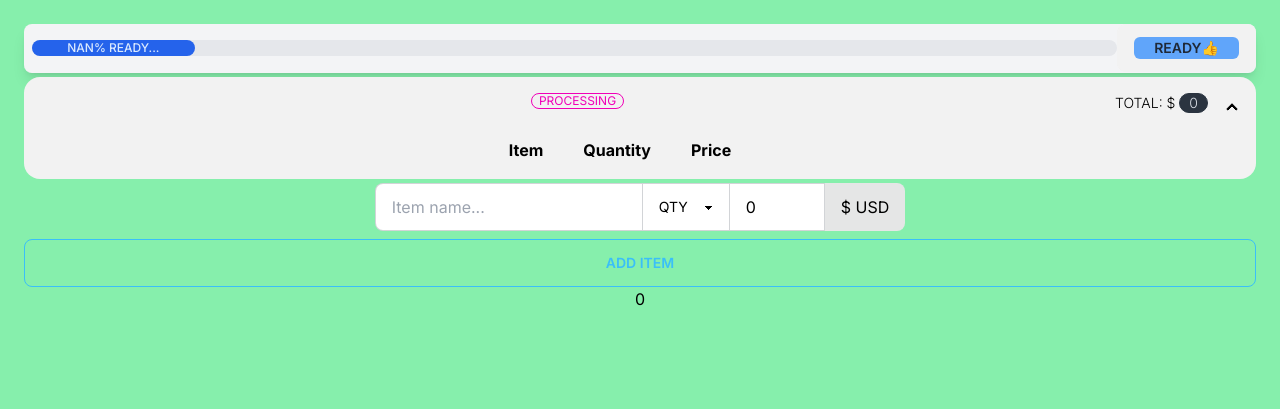
Repository: bitepay/bitepay-xyz
Page: /table
An editor plug-in stored every save of this project. The page is shown before and after the next save, followed by the edit.
The browser window is 1280 px wide. The pictures show the whole page.
The page's requests for data from a server got no answer. The project was rebuilt for these pictures with package versions that can differ from the ones it lists, and the page was loaded fresh each time. The framework's server and built-in components were replaced by stand-ins that run in the browser. No one was signed in, and anything a server would have sent is missing. Also part of the build but not shown: next.config.js.

Above is the page before, as saved 2023-06-27 08:29:08.

After the next save:
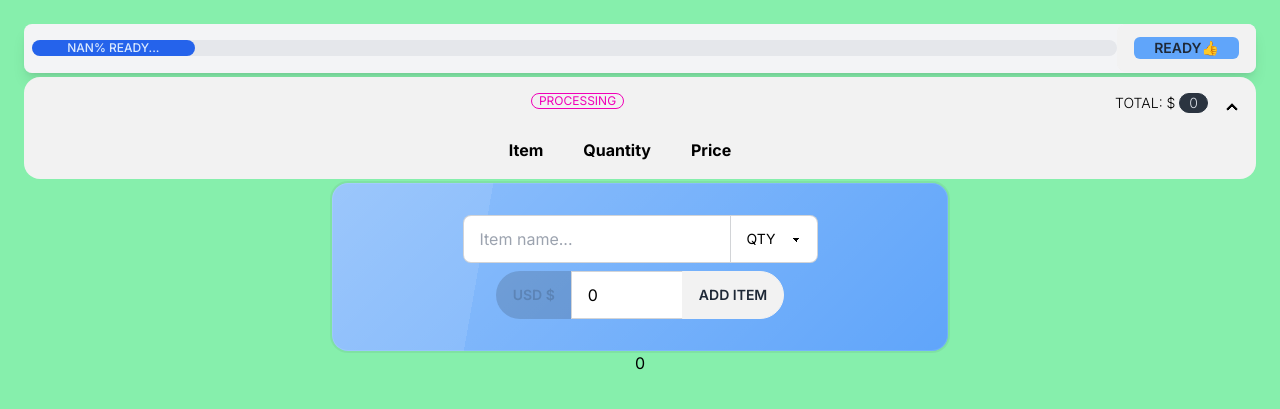
Saved 14 h 8 min later.
--- a/src/components/AddItemInput.jsx
+++ b/src/components/AddItemInput.jsx
@@ -26,46 +26,47 @@ export const AddItemInput = ({ handleUserUpdate, user }) => {
 
 	return (
 		<>
-			<div className="join mx-auto">
+			<div className="card glass w-1/2 bg-blue-400">
+				<div className="card-body">
+					<div className="join mx-auto">
 
-				<div>
-					<input className="input input-bordered join-item max-w-34" placeholder="Item name..." value={itemName} onChange={(e) => {setItemName(e.target.value)}}/>
-				</div>
+						<input className="input input-bordered join-item max-w-34" placeholder="Item name..." value={itemName} onChange={(e) => {setItemName(e.target.value)}}/>
 
+						<select className="select select-bordered join-item" value={itemQuantity} onChange={(e) => setItemQuantity(e.target.value)}>
+							<option disabled value={0}>QTY</option>
+							<option value={1/4}>
+									1/4
+							</option>
+							<option value={1/3}>
+									1/3
+							</option>
+							<option value={1/2}>
+									1/2
+							</option>
+							<option value={1}>
+									1
+							</option>
+							<option value={2}>
+									2
+							</option>
+							<option value={3}>
+									3
+							</option>
+							<option value={4}>
+									4
+							</option>
+						</select>
 
-				<select className="select select-bordered join-item" value={itemQuantity} onChange={(e) => setItemQuantity(e.target.value)}>
-					<option disabled value={0}>QTY</option>
-					<option value={1/4}>
-							1/4
-					</option>
-					<option value={1/3}>
-							1/3
-					</option>
-					<option value={1/2}>
-							1/2
-					</option>
-					<option value={1}>
-							1
-					</option>
-					<option value={2}>
-							2
-					</option>
-					<option value={3}>
-							3
-					</option>
-					<option value={4}>
-							4
-					</option>
-				</select>
-
-				<div>
-					<label className="input-group">
-						<input className="input input-bordered join-item w-24" placeholder="0.00" type="number" value={itemPrice} onChange={(e) => {setItemPrice(e.target.value)}}/>
-						<span className="text-center">$ USD</span>
-					</label>
+					</div>
+					<div className="mx-auto">
+						<div className="join">
+							<button className="btn join-item rounded-l-full" disabled="true">USD $</button>
+							<input className="input input-bordered join-item w-28" placeholder="Price" type="number" value={itemPrice} onChange={(e) => {setItemPrice(e.target.value)}}/>
+							<button className="btn join-item rounded-r-full" disabled={user.status === 'READY'} onClick={(e) => handleClick(e)}>ADD ITEM</button>
+						</div>
+					</div>
 				</div>
 			</div>
-			<button class="btn btn-block btn-outline btn-info mt-2" onClick={(e) => handleClick(e) }>ADD ITEM</button>
 		</>
 	)
 };
